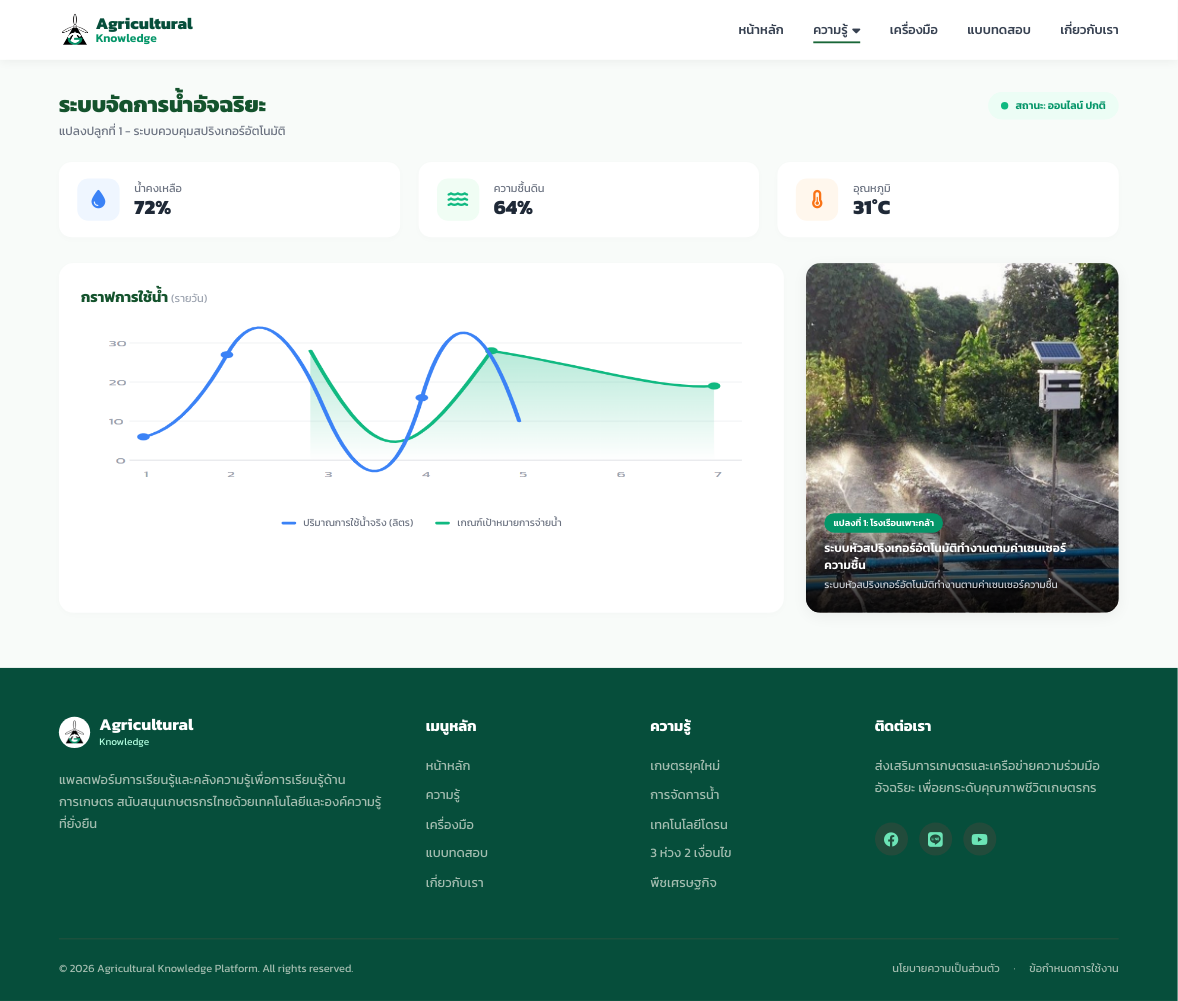
Repository: nuwat-wa/Project-WebdesignAG
Page: ag10.html
An editor plug-in stored every save of this project. The page is shown before and after the next save, followed by the edit.
The browser window is 1280 px wide. The pictures show the whole page, at 92% of full size.

Above is the page before, as saved 2026-10-03 21:56:33.

After the next save:
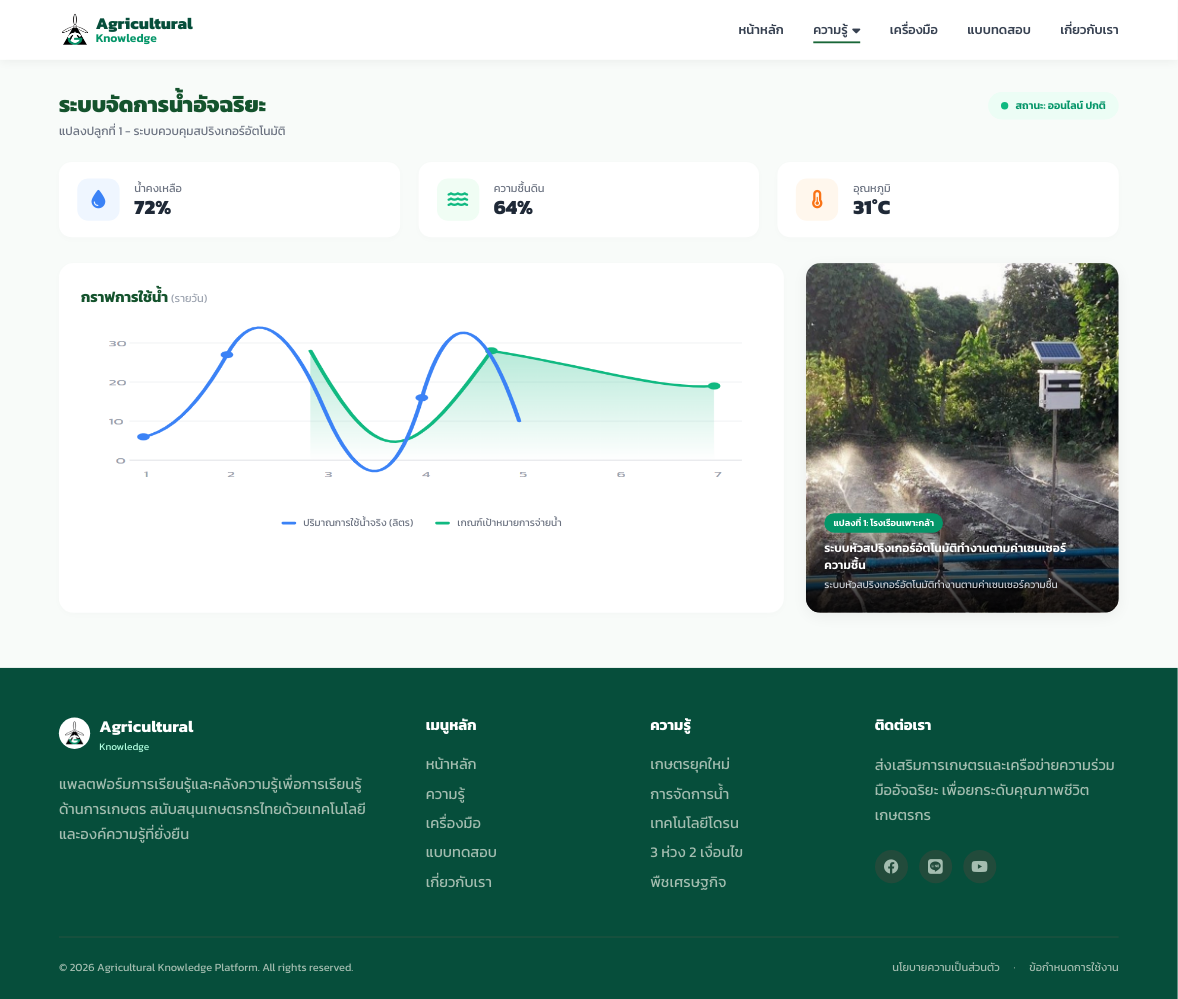
Saved 11 s later.
--- a/style/ag10.css
+++ b/style/ag10.css
@@ -473,47 +473,16 @@ body {
 /* footer */
 .site-footer {
   width: 100%;
-  margin: 0;
   padding: 50px 5% 25px;
+  background: #064e3b;
   color: #a4bdb0;
-  background: #064e3b;
-  font-size: 14px;
-  line-height: 1.7;
-}
-
-.site-footer a {
-  color: #a4bdb0;
-  text-decoration: none;
-}
-
-.site-footer a:hover {
-  color: #65dfb0;
-}
-
-.footer-top,
-.footer-bottom {
-  width: 100%;
-  max-width: none !important;
-  margin-left: 0 !important;
-  margin-right: 0 !important;
 }
 
 .footer-top {
-  display: flex;
-  justify-content: space-between;
+  width: 100%;
+  display: grid;
+  grid-template-columns: 1.6fr 0.9fr 0.9fr 1.2fr;
   gap: 45px;
-}
-
-.footer-about {
-  flex: 1.6;
-}
-
-.footer-column {
-  flex: 0.9;
-}
-
-.footer-contact {
-  flex: 1.2;
 }
 
 .footer-logo {
@@ -542,15 +511,17 @@ body {
   justify-content: center;
 }
 
+.footer-logo strong,
+.footer-logo small {
+  display: block;
+}
+
 .footer-logo strong {
-  display: block;
   color: white;
   font-size: 18px;
-  line-height: 1.2;
 }
 
 .footer-logo small {
-  display: block;
   color: #b3ffe1;
   font-size: 11px;
 }
@@ -561,6 +532,11 @@ body {
   font-size: 16px;
 }
 
+.site-footer p {
+  margin: 0;
+  line-height: 1.7;
+}
+
 .site-footer ul {
   padding: 0;
   list-style: none;
@@ -570,6 +546,15 @@ body {
   margin-bottom: 8px;
 }
 
+.site-footer a {
+  color: #a4bdb0;
+  text-decoration: none;
+}
+
+.site-footer a:hover {
+  color: #65dfb0;
+}
+
 .footer-social {
   display: flex;
   gap: 12px;
@@ -579,27 +564,22 @@ body {
 .footer-social a {
   width: 36px;
   height: 36px;
+  background: #224b3b;
   border-radius: 50%;
-  background: #224b3b;
-  color: #6ce4b6 !important;
   display: flex;
   align-items: center;
   justify-content: center;
-  font-size: 16px;
-}
-
-.footer-social a:hover {
-  background: #30634e;
 }
 
 .footer-bottom {
-  display: flex;
-  align-items: center;
-  justify-content: space-between;
-  gap: 20px;
+  width: 100%;
   margin-top: 40px;
   padding-top: 22px;
   border-top: 1px solid #2b5140;
+  display: flex;
+  align-items: center;
+  justify-content: space-between;
+  gap: 20px;
   font-size: 12px;
 }
 
